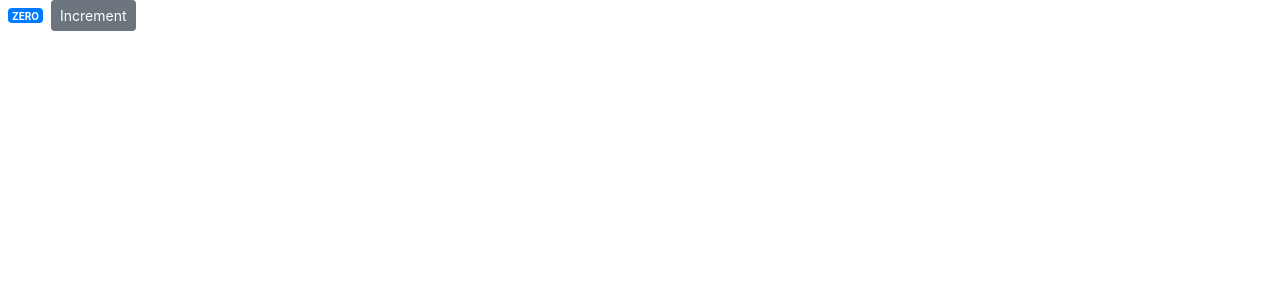
Repository: NikhilSurani/counter-app
Page: /
The author's editor kept a copy of each file at every save. The page is drawn from the files as they stood at one save, then again after the next save.
The browser window is 1280 px wide. The pictures show the whole page.
The project was rebuilt for these pictures with package versions that can differ from the ones it lists, and the page was loaded fresh each time.

Above is the page before, as saved 2018-12-28 18:38:58.

After the next save:
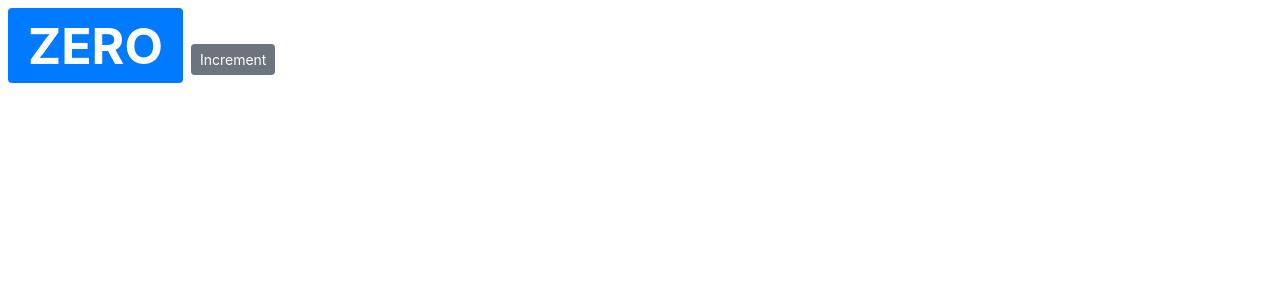
Saved 2 min 16 s later.
--- a/src/components/counter.jsx
+++ b/src/components/counter.jsx
@@ -5,7 +5,7 @@ class Counter extends Component {
     // imageUrl: "https://picsum.photos/200"
   };
   styles = {
-    fontSize: 10,
+    fontSize: 50,
     fontWeight: "bold"
   };
   render() {
